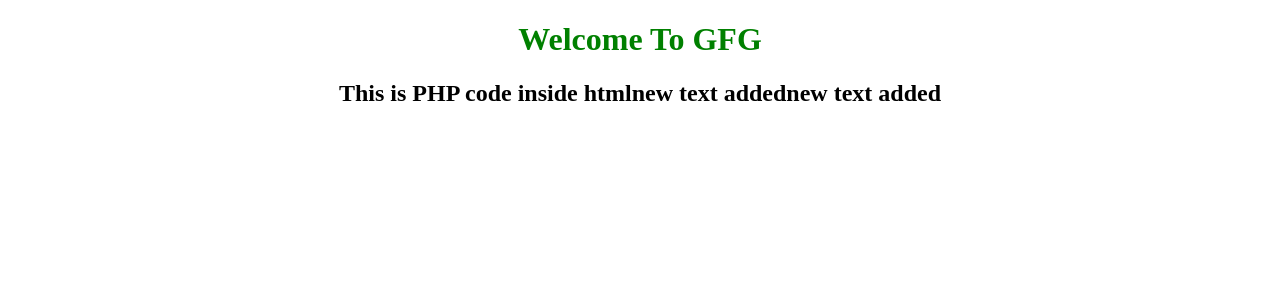
Repository: anish9914/phpprojectgh
Page: http://localhost/exsample1.php
The author's editor kept a copy of each file at every save. The page is drawn from the files as they stood at one save, then again after the next save.
The browser window is 1280 px wide. The pictures show the whole page.
The page is run by PHP 8.4 with error messages shown; the project is at /var/www/html/.

Above is the page before, as saved 2022-12-14 11:04:31.

After the next save:
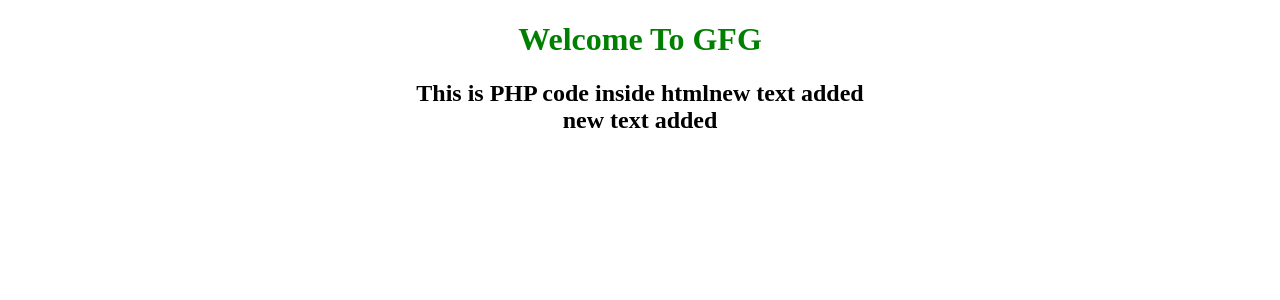
Saved 22 s later.
--- a/exsample1.php
+++ b/exsample1.php
@@ -16,7 +16,7 @@
         <h2>
             <?php
             echo "This is PHP code inside html";
-            echo "new text added";
+            echo "new text added<br>";
             echo "new text added"
 
             ?>
